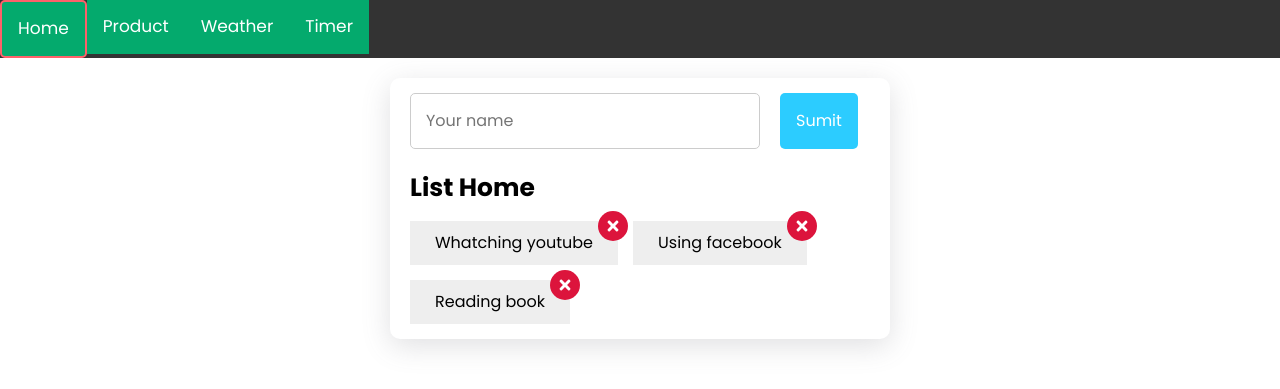
Repository: hoang0508/ReactJsHoiDanIT
Page: /
An editor plug-in stored every save of this project. The page is shown before and after the next save, followed by the edit.
The browser window is 1280 px wide. The pictures show the whole page.
The project was rebuilt for these pictures with package versions that can differ from the ones it lists, and the page was loaded fresh each time. Also part of the build but not shown: src/components/Products/Product.js.

Above is the page before, as saved 2022-03-10 10:33:55.

After the next save:
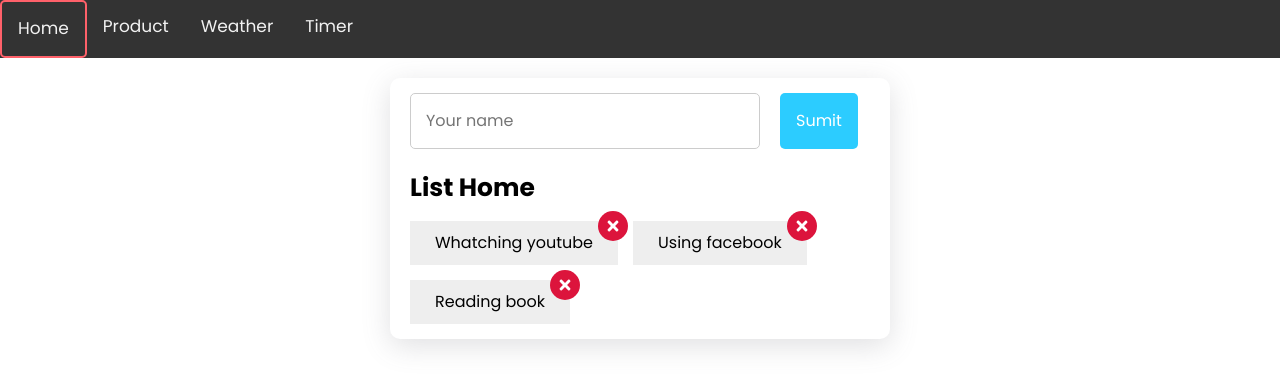
Saved 22 s later.
--- a/src/components/Navigation/Nav.js
+++ b/src/components/Navigation/Nav.js
@@ -30,7 +30,7 @@
       {ListLink &&
         ListLink.length > 0 &&
         ListLink.map((item) => (
-          <NavLink className="is-active" to={item.to} key={item.id}>
+          <NavLink to={item.to} key={item.id}>
             {item.title}
           </NavLink>
         ))}

After the save that followed:
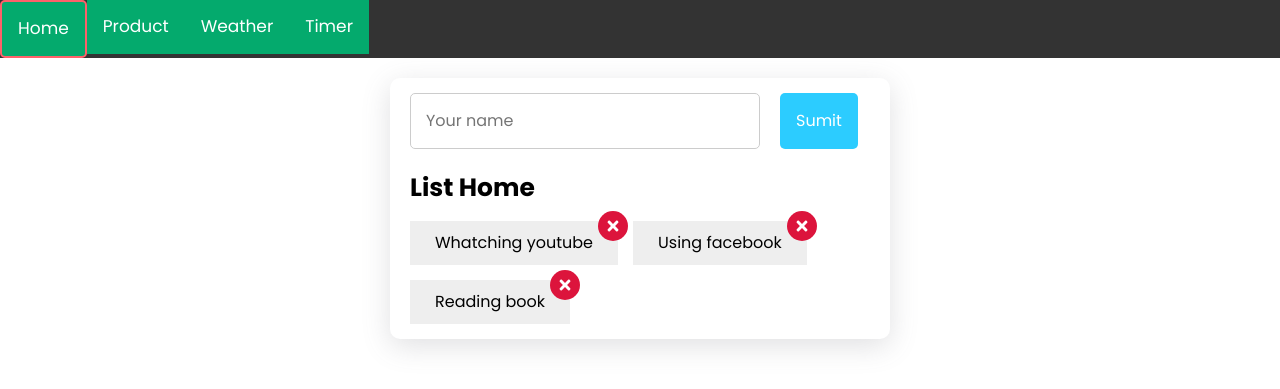
Saved 72 s later.
--- a/src/components/Navigation/Nav.js
+++ b/src/components/Navigation/Nav.js
@@ -30,7 +30,7 @@
       {ListLink &&
         ListLink.length > 0 &&
         ListLink.map((item) => (
-          <NavLink to={item.to} key={item.id}>
+          <NavLink className="is-active" to={item.to} key={item.id}>
             {item.title}
           </NavLink>
         ))}
